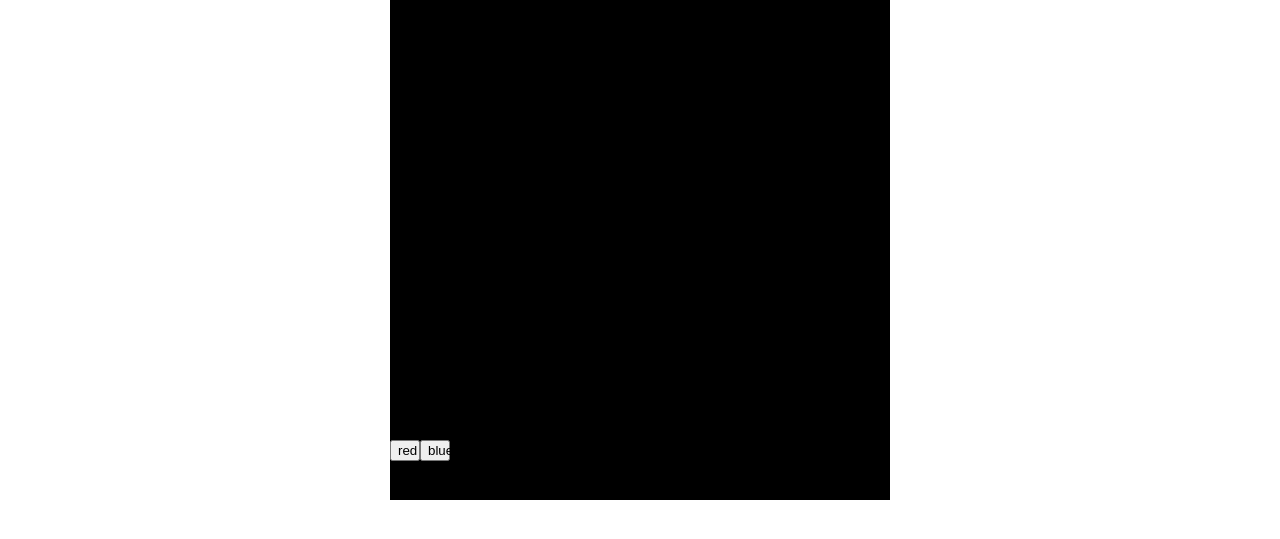
Repository: iliailia12/Individual-lessons
Page: Day 99/Classwork/index.html
These files come from the project's save history. The page is drawn as it stood at one moment and after a run of saves; the edit follows.
The browser window is 1280 px wide. The pictures show the whole page.

Above is the page before, as saved 2026-06-06 04:26:32.

### Day 99/Classwork/index.html
<!--1) შექმენი 1 div ბლოკი, შემდგომ 2 ღილაკი, ისე უნდა გააკეთო, რომ პირველ ღლაკზე დაჭირისას დივის background color - ი გახდეს წითელი, მეორე ღილაკზე დაჭერისას დაბრუნდეს მის საწყის ფერზე (დივს წინასწარ გაუწერე რაიმე სტილები) -->


<!DOCTYPE html>
<html lang="en">
<head>
    <meta charset="UTF-8">
    <meta name="viewport" content="width=device-width, initial-scale=1.0">
    <link rel="stylesheet" href="style.css">
    <title>Document</title>
</head>
<body>
    <div class="colorCangerDiv" id="colorCangerDiv">
        <button id="red">red</button>
        <button id="blue">blue</button>
    </div>
</body>
</html>

### Day 99/Classwork/style.css
/* 1) შექმენი 1 div ბლოკი, შემდგომ 2 ღილაკი, ისე უნდა გააკეთო, რომ პირველ ღლაკზე დაჭირისას დივის background color - ი გახდეს წითელი, მეორე ღილაკზე დაჭერისას დაბრუნდეს მის საწყის ფერზე (დივს წინასწარ გაუწერე რაიმე სტილები)
 */

body{
    margin: 0;
    padding: 0;
}
.colorCangerDiv{
    width: 500px;
    height: 500px;
    background-color: black;
    color: white;
    display: flex;
    /* flex-direction: column; */
    /* justify-content: center; */
    align-items: center;
    margin: 0 auto;
}

button{
    margin-top: 400px;
    display: flex;
    gap: 35px;
    width: 30px;
}

After the next 2 saves:
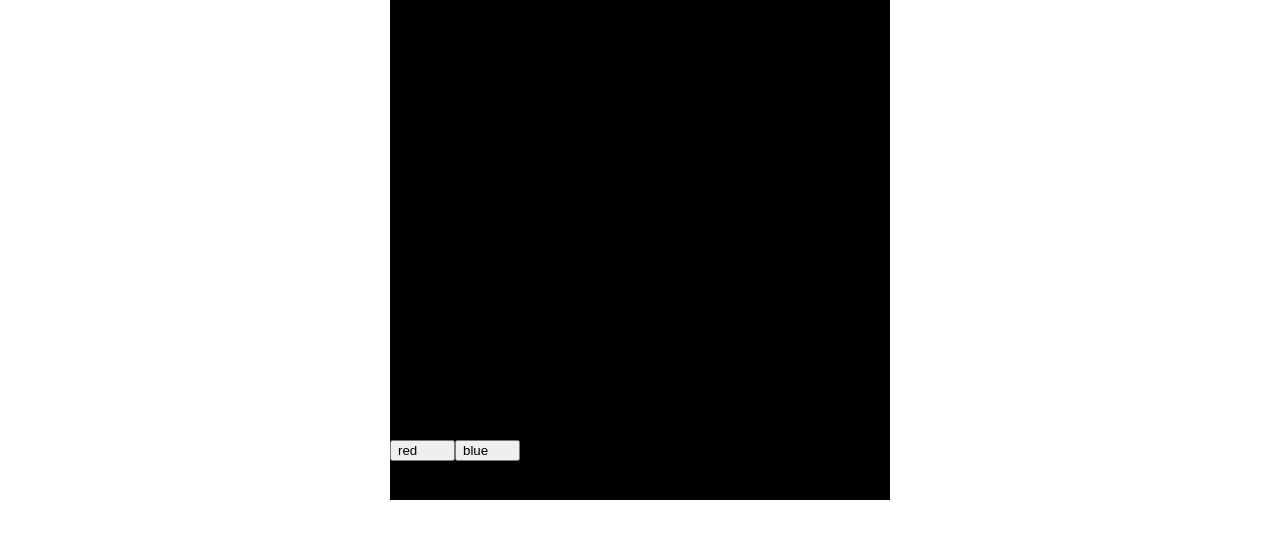
The 2 saves are shown as one change because they came seconds apart.
The last was saved 8 s later.
--- a/Day 99/Classwork/style.css
+++ b/Day 99/Classwork/style.css
@@ -21,5 +21,5 @@
     margin-top: 400px;
     display: flex;
     gap: 35px;
-    width: 30px;
+    width: 65px;
 }
